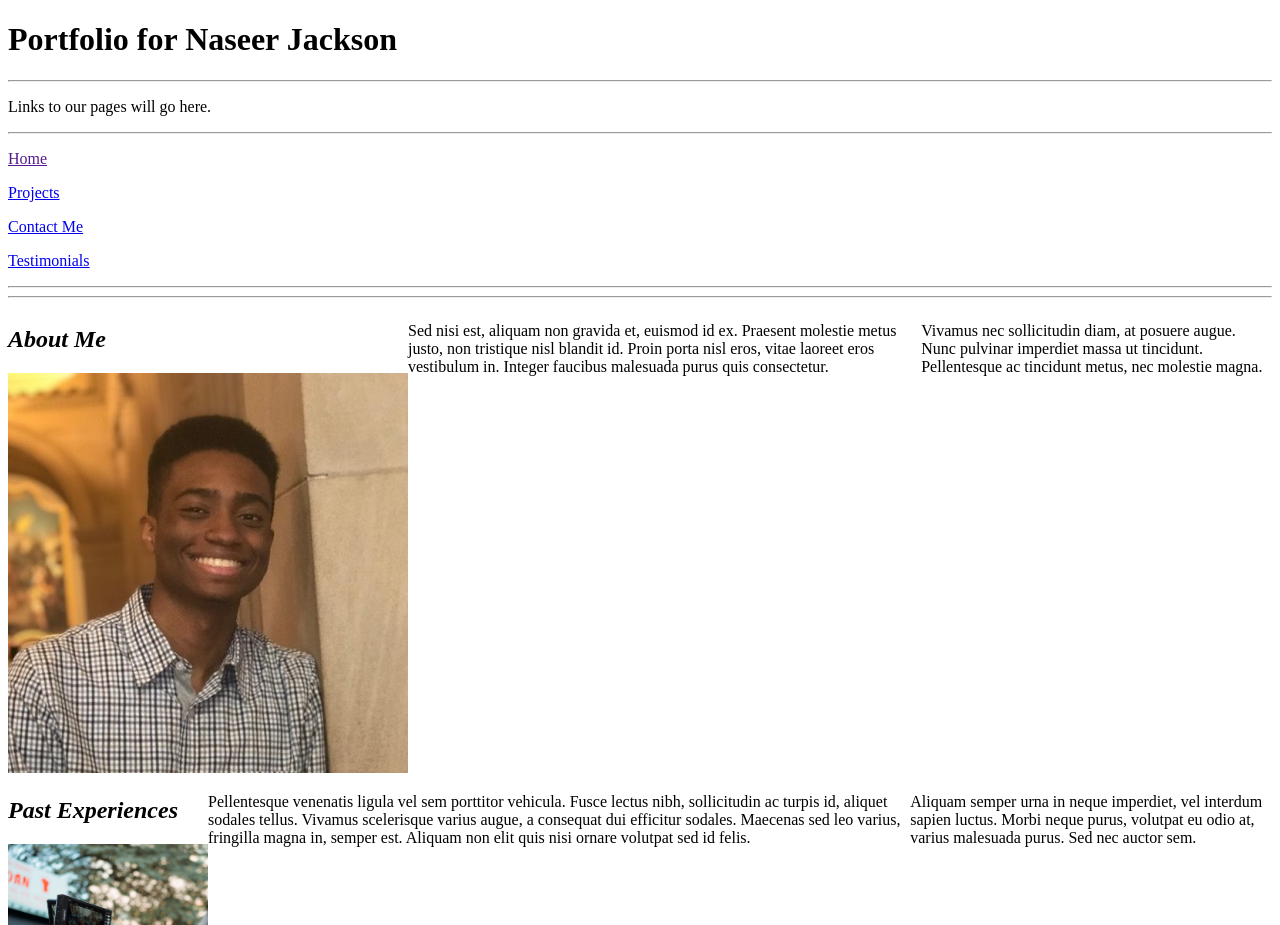
Repository: nj10deadend/Mthree-Intro-to-WebDev
Page: classwork/portfolio/index.html
The author's editor kept a copy of each file at every save. The page is drawn from the files as they stood at one save, then again after the next save.
The browser window is 1280 px wide. The pictures show the part of the page from y = 0 to 925 px (the page is 1436 px tall before and 1236 px after).
A picture or video elsewhere on the page could not be fetched, so the positions and the page height are approximate.

Above is the page before, as saved 2021-12-01 09:36:09.

### classwork/portfolio/index.html
<!DOCTYPE html>

<!--
    Name: Naseer Jackson
    Date Created: 11/30/2021
    Most recent revision:
-->
<html lang="en">
<head>
    <meta charset="UTF-8">
    <meta http-equiv="X-UA-Compatible" content="IE=edge">
    <meta name="viewport" content="width=device-width, initial-scale=1.0">
    <link rel="stylesheet" href="styles/styles.css">
    <title>Naseer's Portfolio</title>
</head>
<body>

    <header>

        <h1>Portfolio for Naseer Jackson</h1>

    </header>

    <hr>
        <!-- We need to add links to projects.html, contact.html, and testimonials.html -->
    <p>Links to our pages will go here.</p>

    <!-- <nav>
        Projects
        Contact Me
        Testimonials
    </nav> -->

    <nav> <!-- The nav element will include navigation buttons or links -->
        <hr>
        <p><a href="">Home</a></p>
        <p><a href="projects.html">Projects</a></p>
        <p><a href="contact.html">Contact Me</a></p>
        <p><a href="testimonials.html">Testimonials</a></p>
        <hr>
    </nav>
    <hr>

    <section>
        <article id="about-me">

            <div>

                <h2><em>About Me</em></h2>
                <img src="images/Profile pic.jpg" alt="Profile pic"/>
            </div>

            <p>Sed nisi est, aliquam non gravida et, euismod id ex. Praesent molestie metus justo, non tristique nisl blandit id. Proin porta nisl eros, vitae laoreet eros vestibulum in. Integer faucibus malesuada purus quis consectetur.</p>
            <p>Vivamus nec sollicitudin diam, at posuere augue. Nunc pulvinar imperdiet massa ut tincidunt. Pellentesque ac tincidunt metus, nec molestie magna.</p>

        </article>

        <article id="past-experiences">

            <div>
                <h2><em>Past Experiences</em></h2>
                <img class="images" src="images/film set.jpg" alt="Film set"/>

            </div>


            <p>Pellentesque venenatis ligula vel sem porttitor vehicula. Fusce lectus nibh, sollicitudin ac turpis id, aliquet sodales tellus. Vivamus scelerisque varius augue, a consequat dui efficitur sodales. Maecenas sed leo varius, fringilla magna in, semper est. Aliquam non elit quis nisi ornare volutpat sed id felis.</p>
            <p>Aliquam semper urna in neque imperdiet, vel interdum sapien luctus. Morbi neque purus, volutpat eu odio at, varius malesuada purus. Sed nec auctor sem.</p>

        </article>

        <article id="Hobbies">

            <div>
                <h2><em>Hobbies</em></h2>
                <img class="images" src="https://static.kvraudio.com/i/b/flstudio20_produceredition_windows.jpg" alt="FL Studio"/>

            </div>


            <p>Proin posuere feugiat odio, in euismod enim scelerisque sit amet. Sed non volutpat nunc. Suspendisse potenti. Aenean ut diam scelerisque justo tempus fermentum. Quisque porta leo non laoreet ullamcorper. Sed dapibus urna sit amet arcu commodo gravida. Morbi dictum libero dui. </p>
            <p>Fusce dignissim felis ultricies purus lobortis, non tristique urna ultrices. Curabitur ligula metus, mollis volutpat imperdiet eget, euismod ut purus. Lorem ipsum dolor sit amet, consectetur adipiscing elit. Sed finibus posuere sapien, id elementum ex mollis non.</p>

        </article>

        <hr>

    </section>

    <footer>
        <hr>
        <p>&copy; 2020 Naseer Jackson. All rights reserved.</p>
    </footer>


</body>
</html>

### classwork/portfolio/styles/styles.css
article {
    position: relative;
    display: flex;
}

.images {
    /* max-width: 50%; */
    width: 200px;
    height: auto;
}

After the next save:
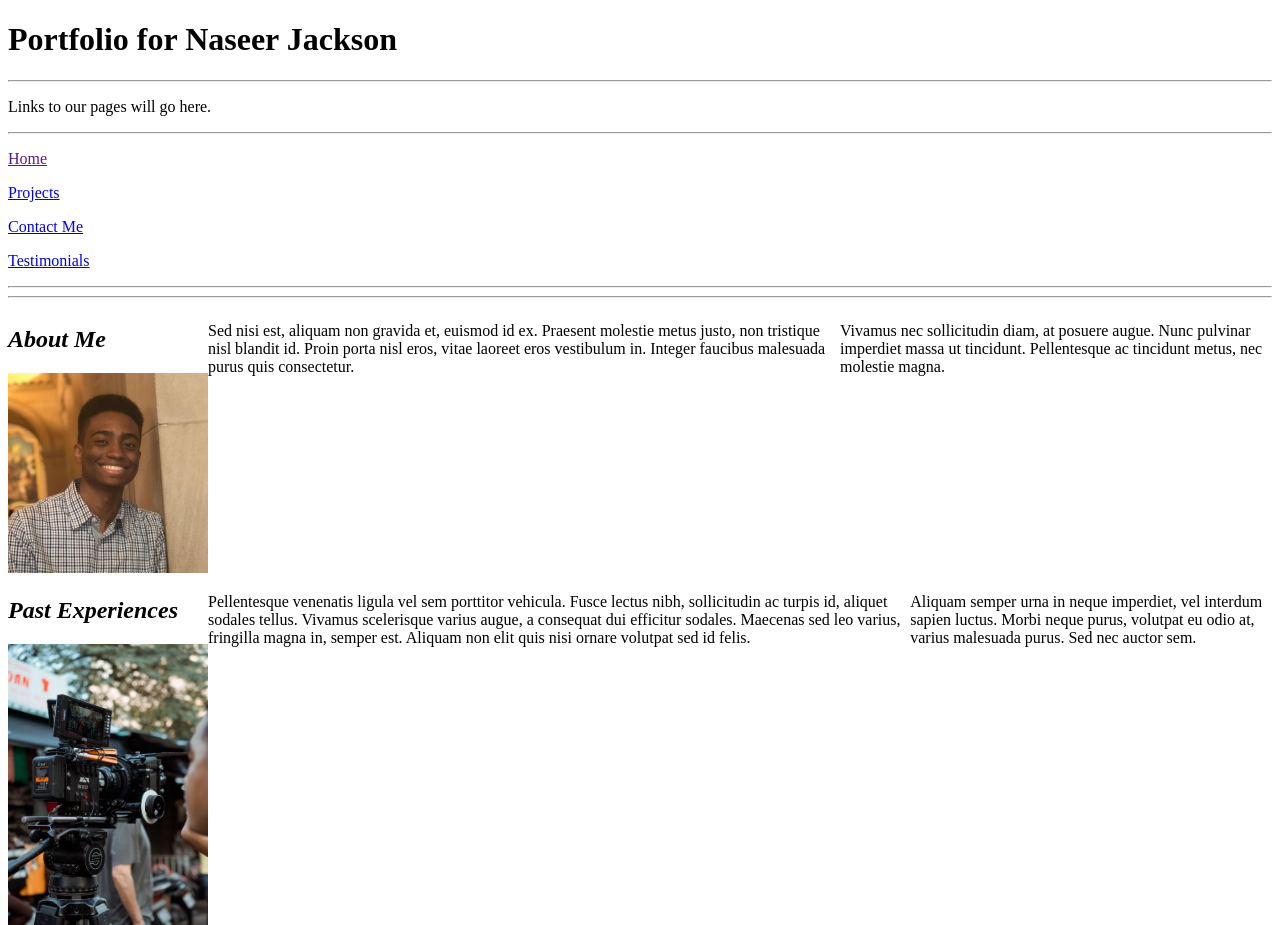
Saved 14 s later.
--- a/classwork/portfolio/index.html
+++ b/classwork/portfolio/index.html
@@ -47,7 +47,7 @@
             <div>
 
                 <h2><em>About Me</em></h2>
-                <img src="images/Profile pic.jpg" alt="Profile pic"/>
+                <img class="images" src="images/Profile pic.jpg" alt="Profile pic"/>
             </div>
 
             <p>Sed nisi est, aliquam non gravida et, euismod id ex. Praesent molestie metus justo, non tristique nisl blandit id. Proin porta nisl eros, vitae laoreet eros vestibulum in. Integer faucibus malesuada purus quis consectetur.</p>
